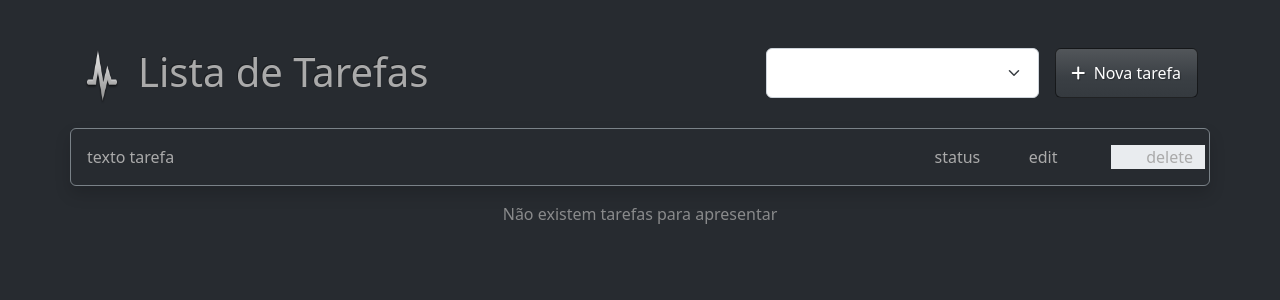
Repository: cargugati/lista_tarefas
Page: frontEnd/index.html
These files come from the project's save history. The page is drawn as it stood at one moment and after the next save; the edit follows.
The browser window is 1280 px wide. The pictures show the whole page.

Above is the page before, as saved 2023-03-18 21:04:43.

### frontEnd/index.html
<!DOCTYPE html>
<html lang="pt-br">

<head>
  <meta charset="UTF-8">
  <meta http-equiv="X-UA-Compatible" content="IE=edge">
  <meta name="viewport" content="width=device-width, initial-scale=1.0">
  <title>Lista de Tarefas</title>
  <link rel="stylesheet" href="./assets/css/bootstrap.min.css">
  <link rel="stylesheet" href="./assets/fontawesome/css/all.min.css">
  <link rel="shortcut icon" href="./assets/images/favicon.png" type="image/png">
</head>

<body>
  <div class="container my-5">

    <!-- cabeçalho -->
    <div class="row mb-4">
      <div class="col">
        <div class="d-flex justify-content-start">
          <img src="./assets/images/favicon.png" alt="Logo" class="img-fluid me-3" width="40px">
          <h1>Lista de Tarefas</h1>
        </div>

      </div>
      <div class="col text-end">
        <div class="d-flex justify-content-end">
          <select id="select_filter" class="form-select w-50 me-3">
            <option value=""></option>
            <option value="1">1</option>
          </select>
          <a href="new_task.html" class="btn btn-primary"><i class="fa-solid fa-plus me-2"></i>Nova tarefa</a>
        </div>
      </div>
    </div>

    <!-- aspecto visual de uma tarefa -->
    <div class="row mb-3">
      <div class="col-12 border border-secondary rounded p-3 shadow">
        <div class="row">
          <div class="col-9">texto tarefa</div>
          <div class="col-1">status</div>
          <div class="col-1">edit</div>
          <div class="col-1 bg-light text-end"><i class="fa-regular fa-trash-c"></i>  delete</div>
        </div>
      </div>
    </div>


    <!-- sem tarefa -->
    <div class="row " id="no_tasks">
      <div class="col text-center">
        <span class="opacity-75">Não existem tarefas para apresentar</span>
      </div>
    </div>
  </div>


  <script src="./assets/js/bootstrap.bundle.min.js"></script>
</body>

</html>

Loaded but not shown: frontEnd/assets/css/bootstrap.min.css (library); frontEnd/assets/fontawesome/css/all.min.css (library); frontEnd/assets/js/bootstrap.bundle.min.js (library)

After the next save:
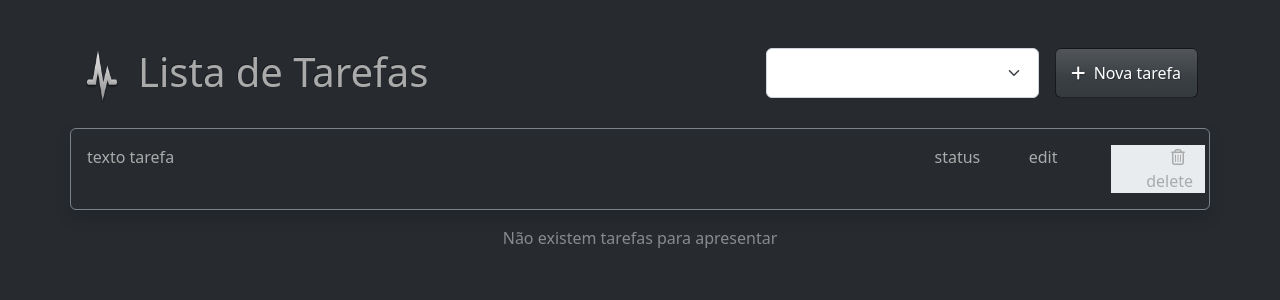
Saved 5 s later.
--- a/frontEnd/index.html
+++ b/frontEnd/index.html
@@ -41,7 +41,7 @@
           <div class="col-9">texto tarefa</div>
           <div class="col-1">status</div>
           <div class="col-1">edit</div>
-          <div class="col-1 bg-light text-end"><i class="fa-regular fa-trash-c"></i>  delete</div>
+          <div class="col-1 bg-light text-end"><i class="fa-regular fa-trash-can me-2"></i>  delete</div>
         </div>
       </div>
     </div>
